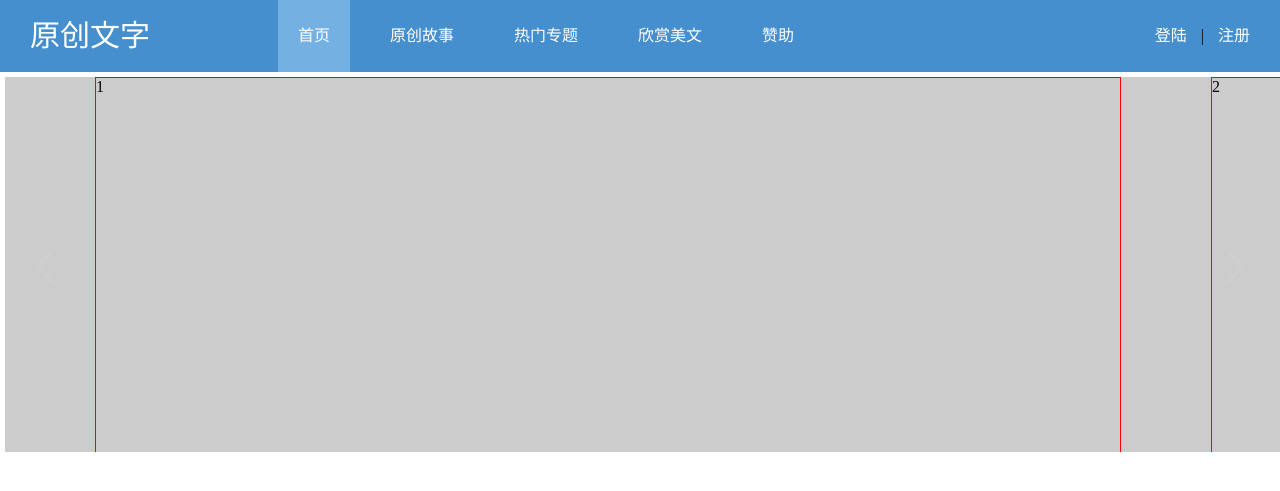
Repository: equation-zheng/Article
Page: http://localhost/Idles/
These files come from the project's save history. The page is drawn as it stood at one moment and after a run of saves; the edit follows.
The browser window is 1280 px wide. The pictures show the whole page.
After loading, the first visible `s.moveLeft` was clicked once.
Some web libraries are served in a nearby version. The page is served by Tomcat 9.

Above is the page before, as saved 2017-12-06 02:59:00.
Console error: TypeError: moveLeft is not a function

After the next 2 saves:
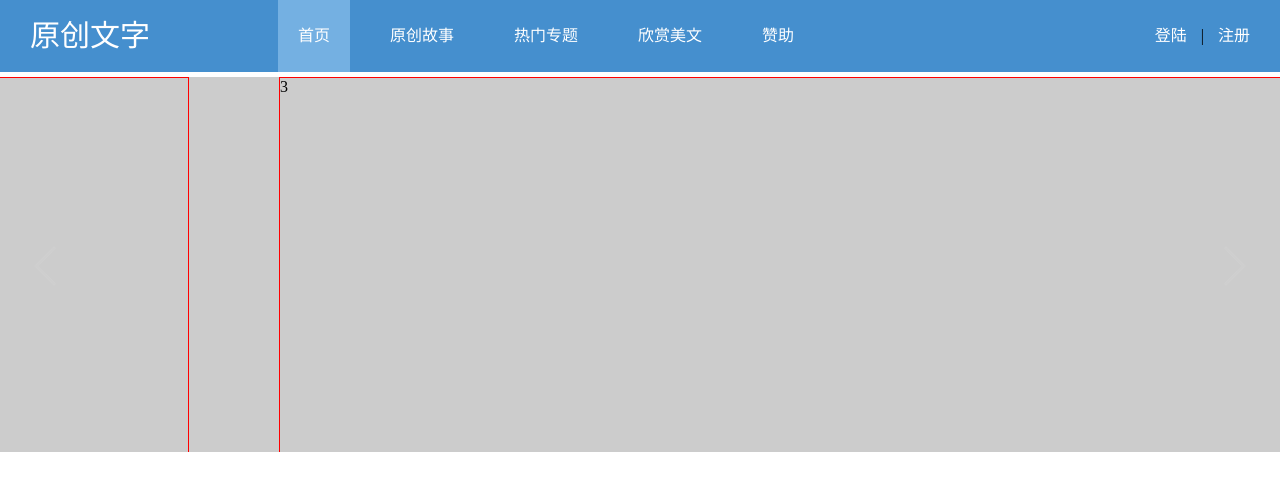
The 2 saves are shown as one change because they came seconds apart.
The last was saved 41 s later.
--- a/Service/apache-tomcat-7.0.82/Idles/WebContent/index.jsp
+++ b/Service/apache-tomcat-7.0.82/Idles/WebContent/index.jsp
@@ -137,7 +137,7 @@
 	var moveRight = $('.moveRight').eq(0);
 	var ul = $('.banner ul').eq(0);
 	moveLeft.on('click', function() {
-
+		ul.animate({marginLeft : -2048}, 1000);
 	})
 	moveRight.on('clock', function() {
 
